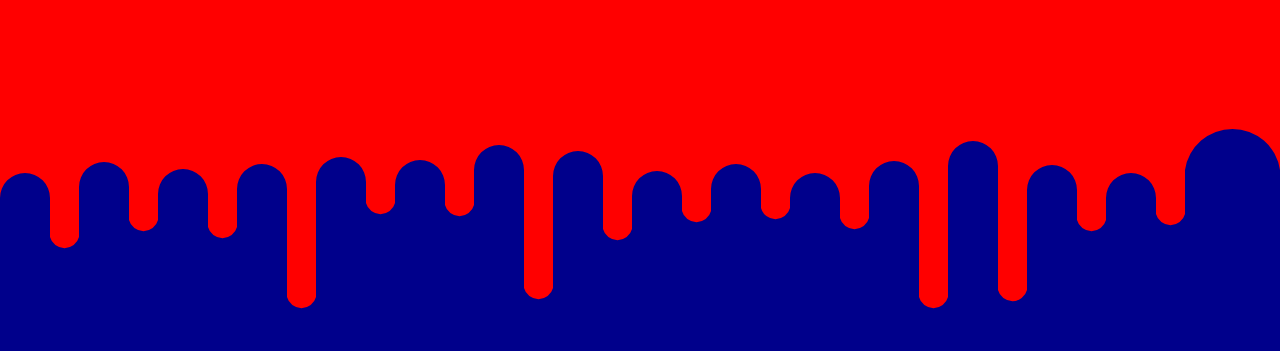
Repository: l-ollie/drip
Page: index.html
An editor plug-in stored every save of this project. The page is shown before and after the next save, followed by the edit.
The browser window is 1280 px wide. The pictures show the whole page.

Above is the page before, as saved 2022-06-30 18:37:07.

After the next save:
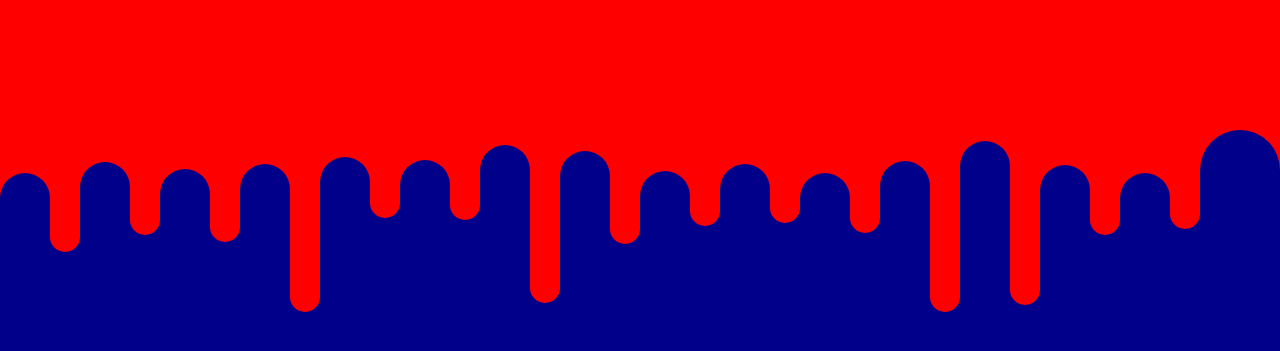
Saved 15 s later.
--- a/drip.js
+++ b/drip.js
@@ -32,7 +32,7 @@ function makeSVG() {
 		if (i % 2 !== 0) {
 			isLow = true;
 			arc = dripLow;
-			width = Math.round(width * 0.7);
+			width = Math.round(width * 0.71);
 			if (random > 40) random *= 2;
 			height = Math.ceil(height + random);
 		} else {
